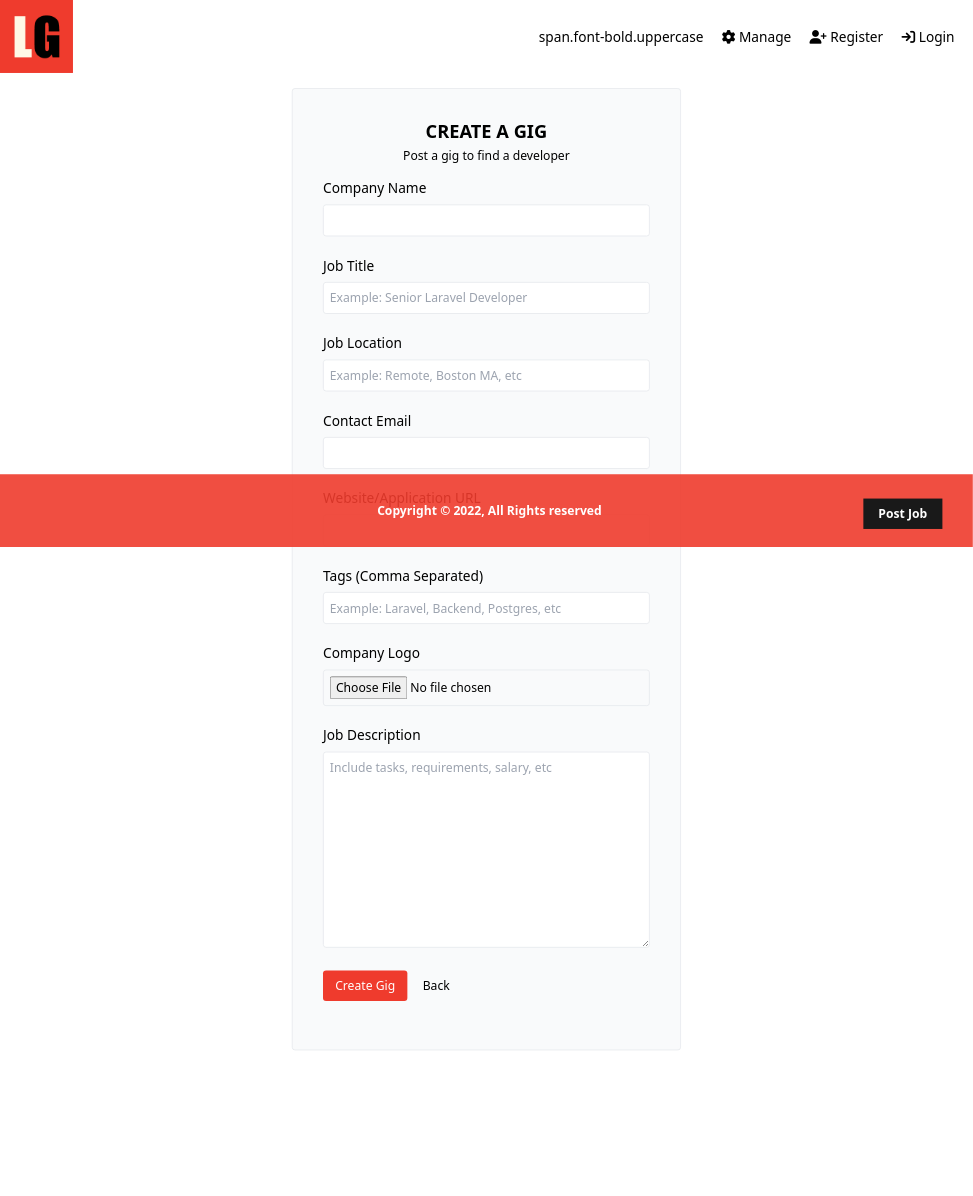
Repository: harvir619/jobListingLaravelWebsite
Page: http://localhost/listings/create
The author's editor kept a copy of each file at every save. The page is drawn from the files as they stood at one save, then again after a run of saves.
The browser window is 1280 px wide. The pictures show the whole page, at 76% of full size.
Some web libraries are served in a nearby version. The page is served by the project's Laravel application, run on PHP 8.4 with Laravel 9.

Above is the page before, as saved 2022-07-22 15:56:28.

After the next 2 saves:
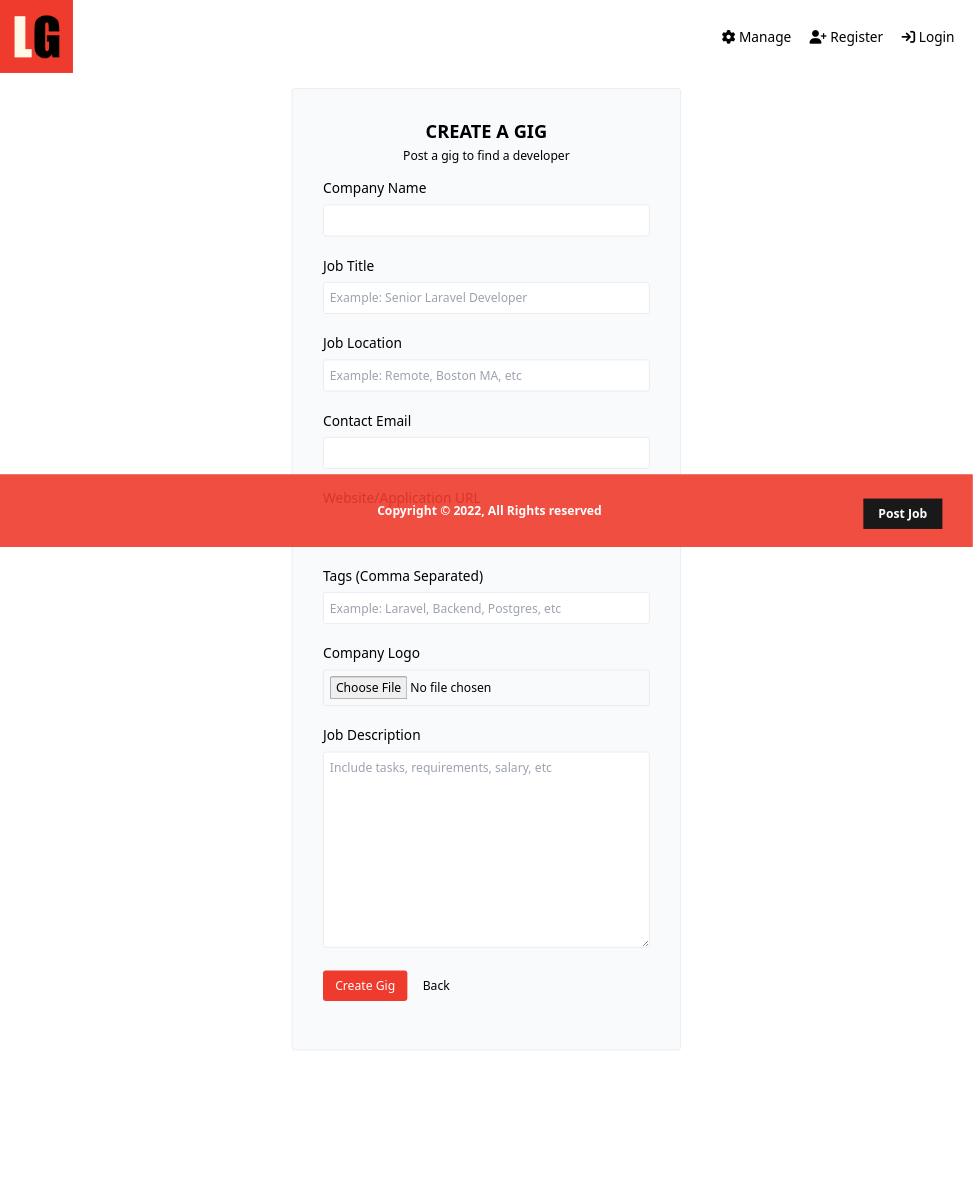
The 2 saves are shown as one change because they came seconds apart.
The last was saved 7 s later.
--- a/resources/views/components/layout.blade.php
+++ b/resources/views/components/layout.blade.php
@@ -32,8 +32,9 @@
                 class="logo" /></a>
         <ul class="flex space-x-6 mr-6 text-lg">
              <li>
-                span.font-bold.uppercase
+                <span class="font-bold uppercase">
 
+                </span>
             </li>
             <li>
                 <a href="/listings/manage" class="hover:text-laravel"><i class="fa-solid fa-gear"></i>
